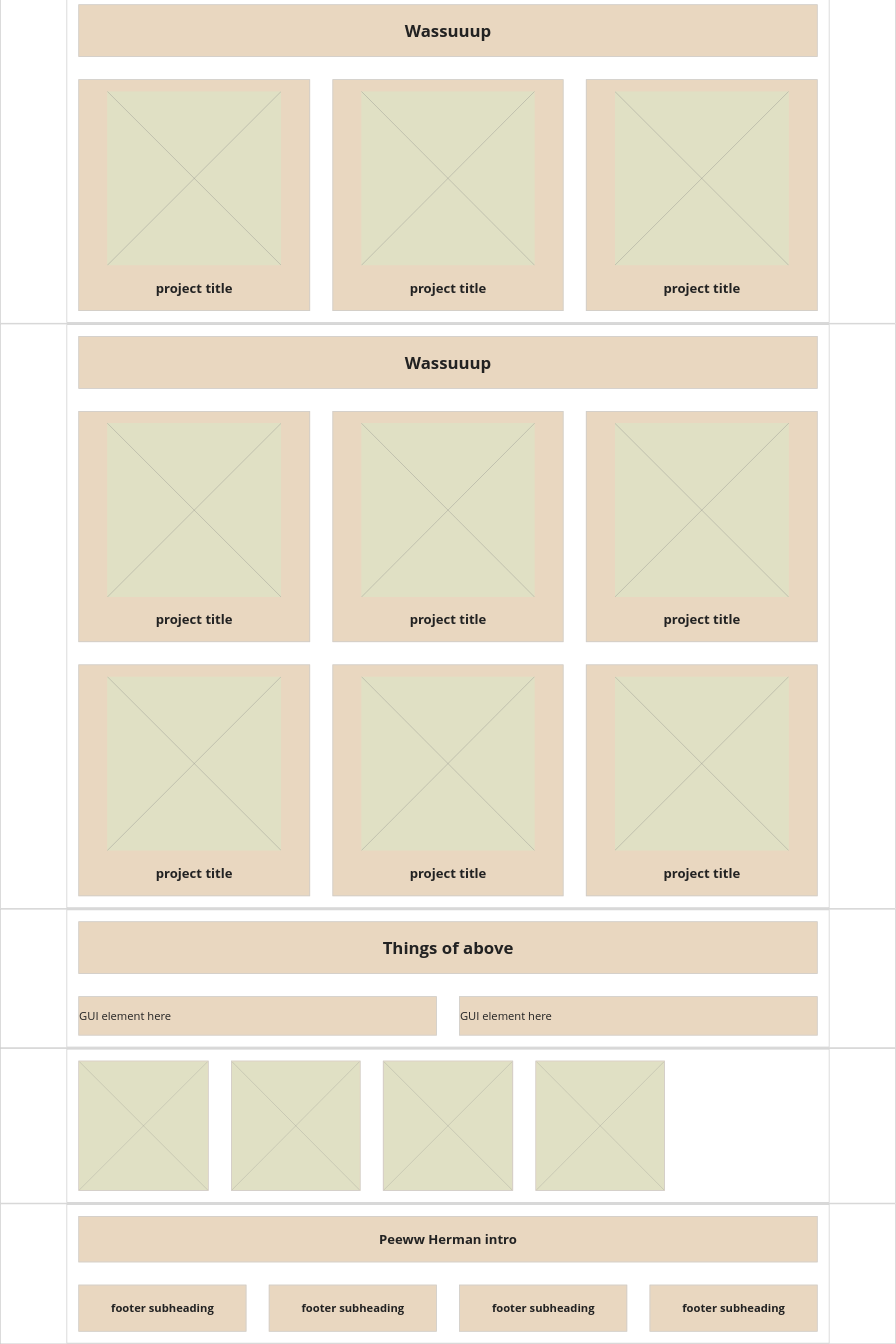
Repository: eilidhma/metrolics
Page: index.html
An editor plug-in stored every save of this project. The page is shown before and after the next save, followed by the edit.
The browser window is 1280 px wide. The pictures show the part of the page from y = 1476 to 3396 px (the page is 3396 px tall), at 70% of full size.

Above is the page before, as saved 2021-02-02 17:38:16.

After the next save:
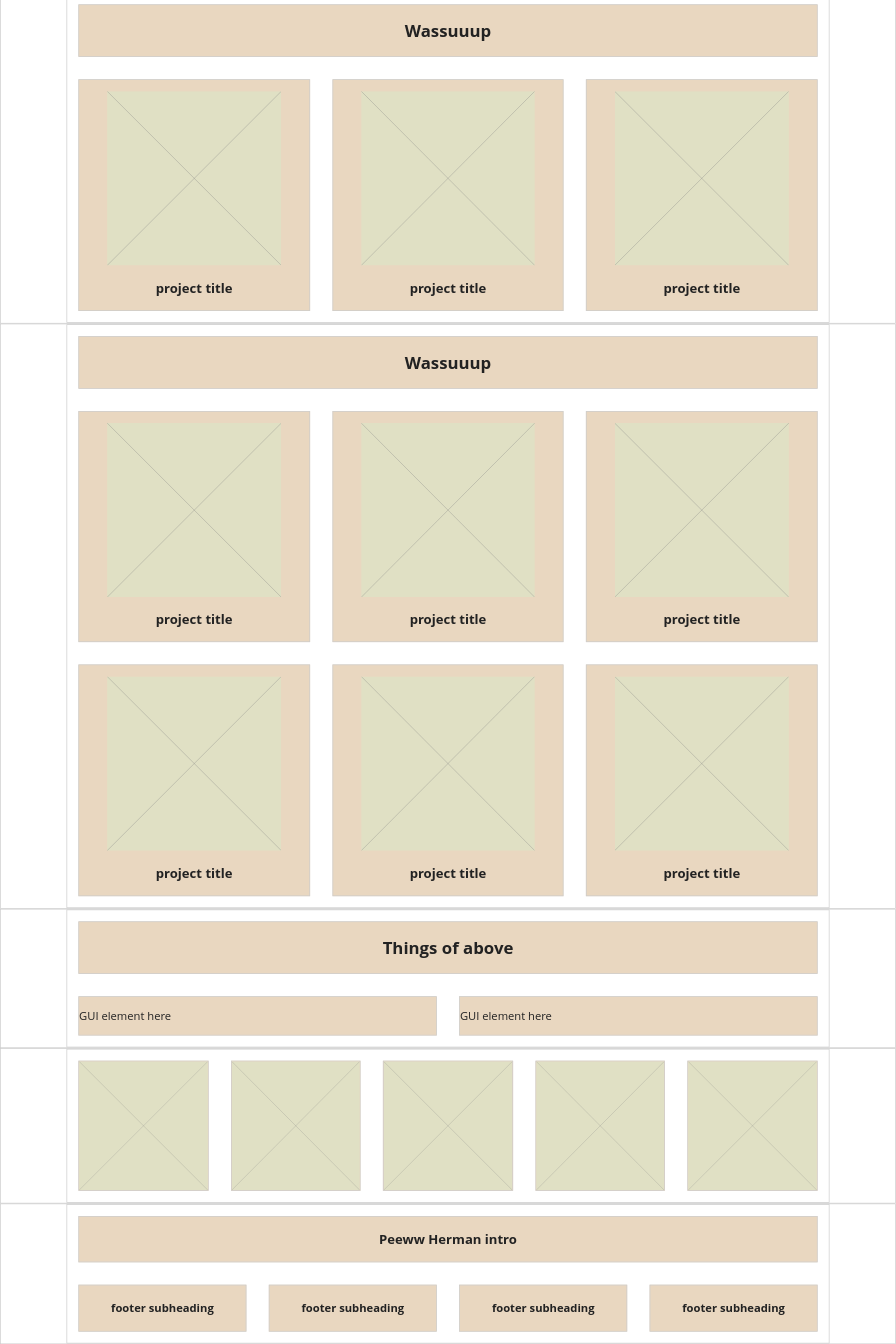
Saved 87 s later.
--- a/index.html
+++ b/index.html
@@ -496,6 +496,9 @@
       <div class="column">
         <img src="img/placeholder.svg" alt="sponsor placeholder">
       </div>
+      <div class="column">
+        <img src="img/placeholder.svg" alt="sponsor placeholder">
+      </div>
     </div>
   </div>
 
